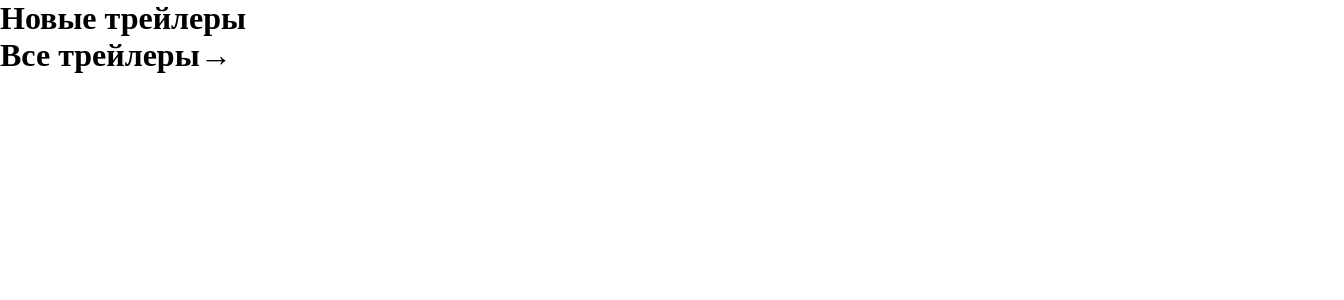
Repository: KHANas02/code
Page: index.html
The author's editor kept a copy of each file at every save. The page is drawn from the files as they stood at one save, then again after a run of saves.
The browser window is 1280 px wide. The page is 1280 px wide, then 1344 px, so the pictures cover 1344 px, including what lies to the right of the window. The pictures show the whole page.

Above is the page before, as saved 2024-03-14 13:35:19.

After the next 2 saves:
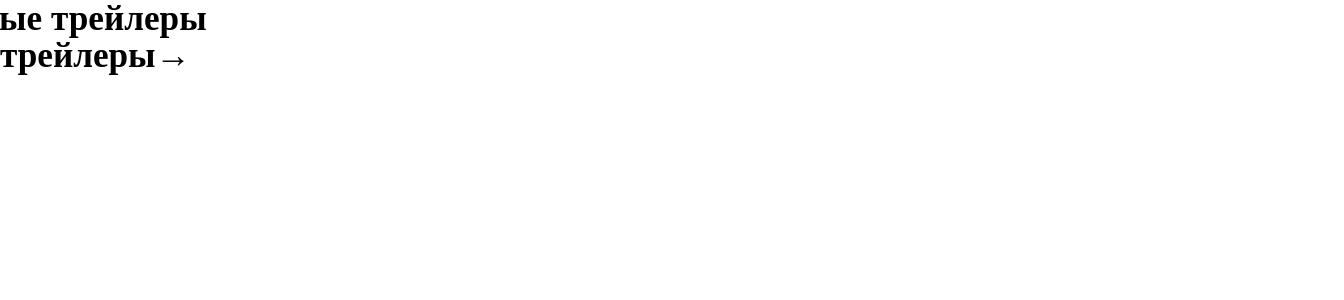
The 2 saves are shown as one change because they came seconds apart.
The last was saved 10 s later.
--- a/style.css
+++ b/style.css
@@ -4,5 +4,5 @@
   box-sizing: border-box;
 }
 h1{
-    transform: ;
+    transform: scale(1.1);
 }
